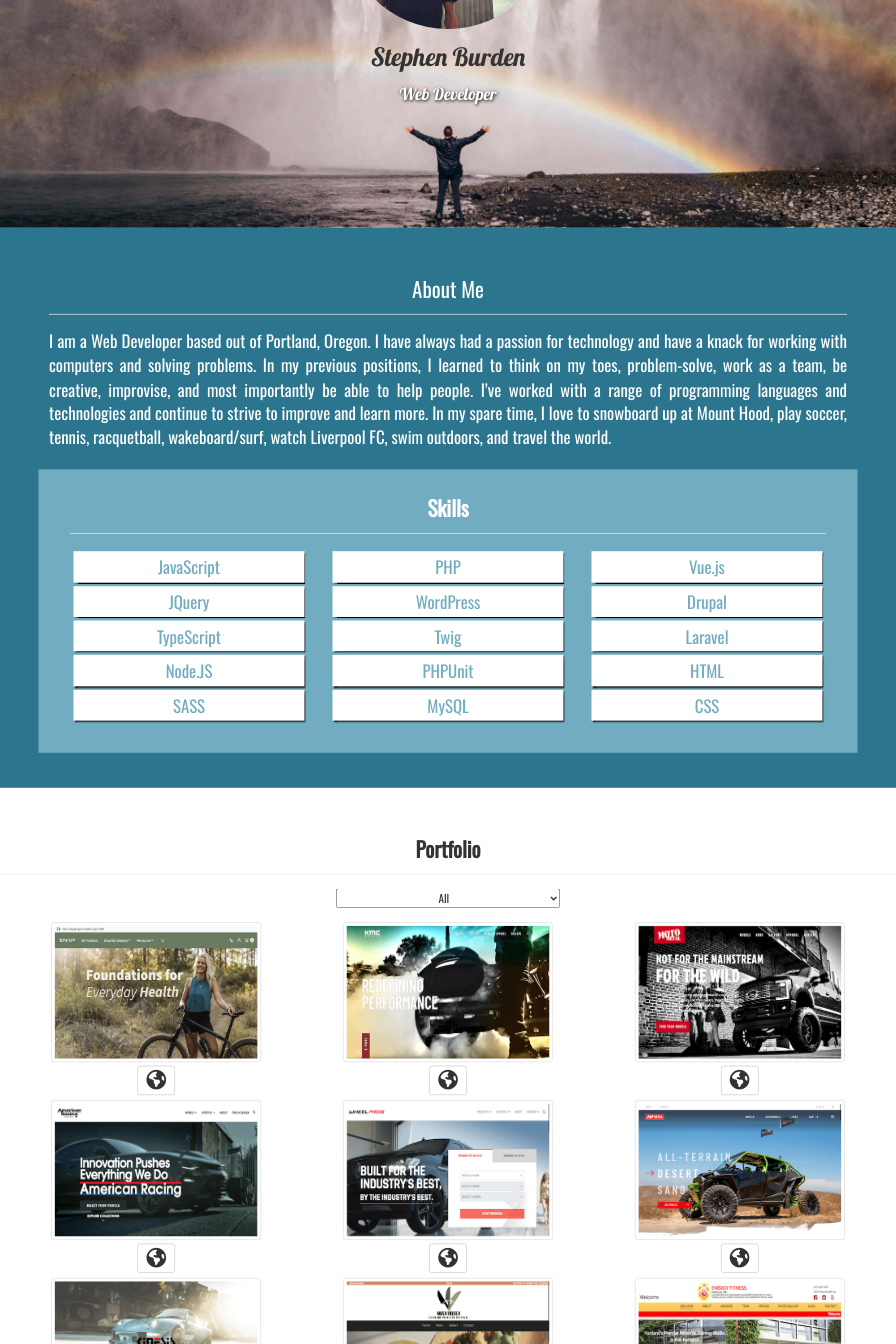
Repository: spburden/portfolio
Page: index.html
An editor plug-in stored every save of this project. The page is shown before and after the next save, followed by the edit.
The browser window is 1280 px wide. The pictures show the part of the page from y = 459 to 2379 px (the page is 4185 px tall), at 70% of full size.
Some web libraries are served in a nearby version.

Above is the page before, as saved 2019-07-31 00:36:30.

After the next save:
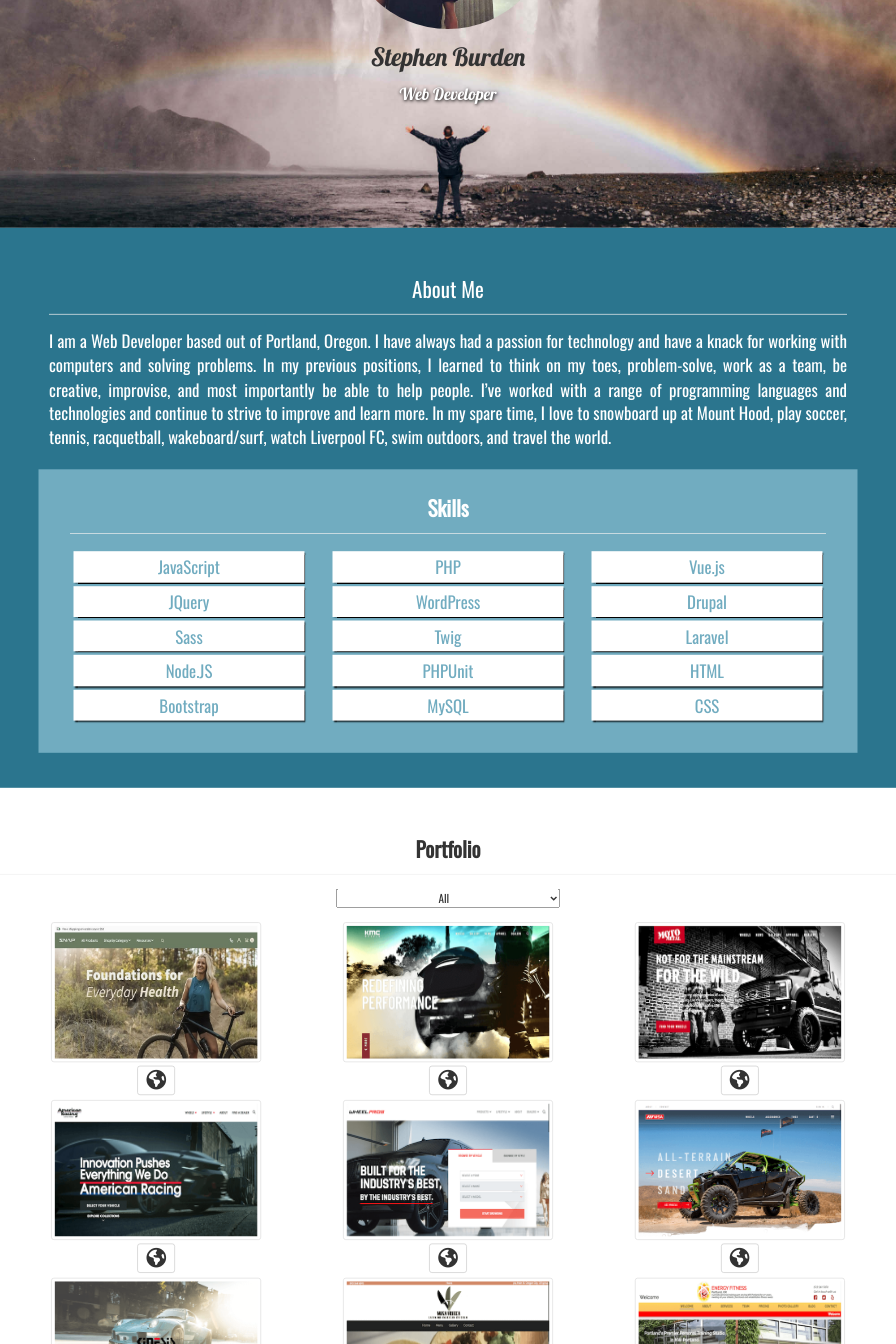
Saved 26 s later.
--- a/index.html
+++ b/index.html
@@ -75,9 +75,10 @@
           <ul class="skills">
             <li>JavaScript</li>
             <li>JQuery</li>
-            <li>TypeScript</li>
+            <!-- <li>TypeScript</li> -->
+            <li>Sass</li>
             <li>Node.JS</li>
-            <li>SASS</li>
+            <li>Bootstrap</li>
             <!-- <li>Ember</li> -->
             <!-- <li>Angular 2</li> -->
           </ul>
